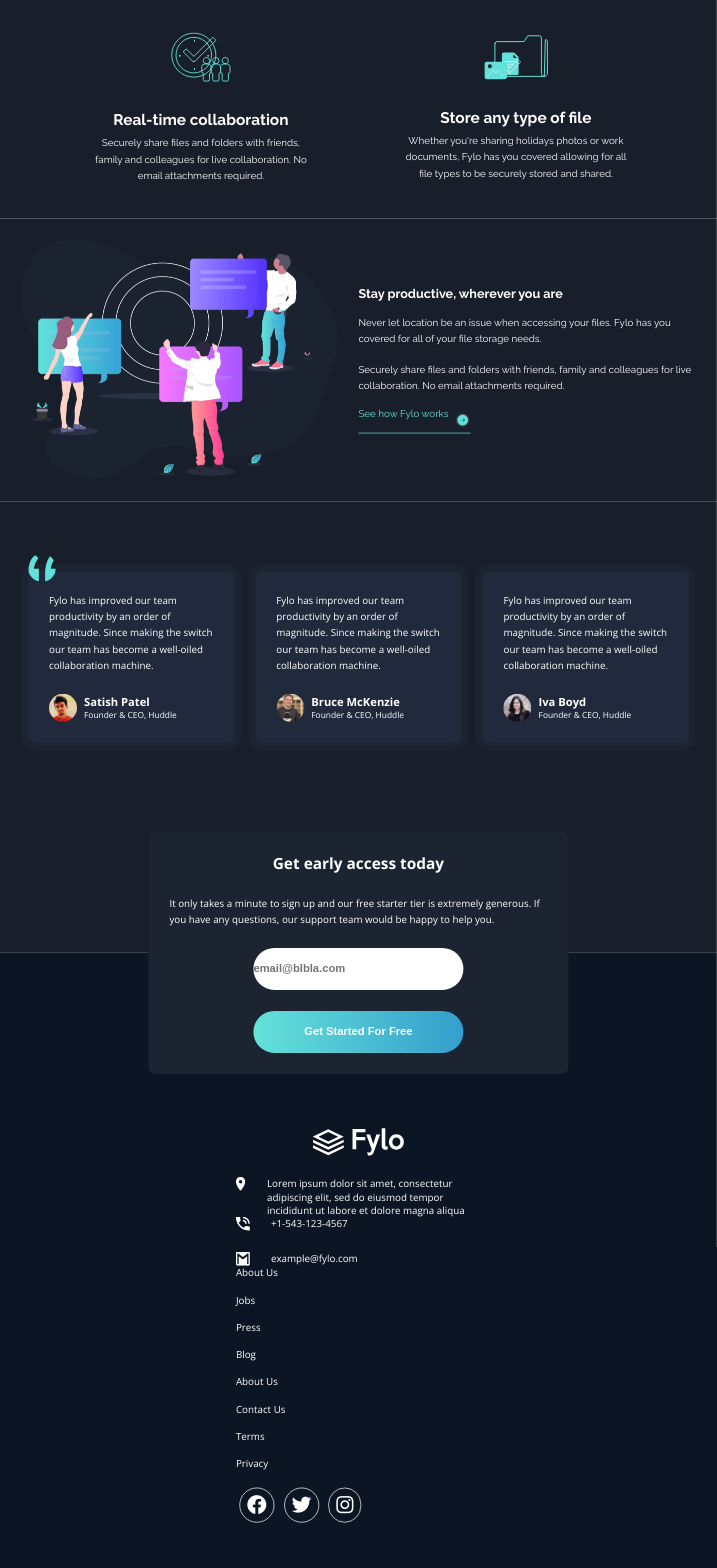
Repository: tomas938/fylo-dark-theme-landing-page-master
Page: index.html
These files come from the project's save history. The page is drawn as it stood at one moment and after the next save; the edit follows.
The browser window is 1024 px wide. The pictures show the part of the page from y = 1123 to 3363 px (the page is 3363 px tall before and 3020 px after), at 70% of full size.
Some web libraries are served in a nearby version. The style sheet was rebuilt from its Sass, Less or Tailwind sources for each picture, by a compiler version that may differ from the author's.

Above is the page before, as saved 2021-08-05 19:53:28.

### index.html
<!DOCTYPE html>
<html lang="en">
	<head>
		<meta charset="UTF-8" />
		<meta name="viewport" content="width=device-width, initial-scale=1.0" />
		<link
			rel="icon"
			type="image/png"
			sizes="32x32"
			href="./images/favicon-32x32.png"
		/>
		<title>
			Frontend Mentor | Fylo landing page with dark theme and features grid
		</title>
		<link rel="stylesheet" href="https://pro.fontawesome.com/releases/v5.10.0/css/all.css" integrity="sha384-AYmEC3Yw5cVb3ZcuHtOA93w35dYTsvhLPVnYs9eStHfGJvOvKxVfELGroGkvsg+p" crossorigin="anonymous"/>
		<link rel="stylesheet" href="/scss/main.css" />
	</head>
	<body>
		<section class="intro">
			<nav class="intro__navigation">
				<img src="/images/logo.svg" alt="" />
				<ul class="intro__navigation__links">
					<li><a href="#">Features</a></li>
					<li><a href="#">Team</a></li>
					<li><a href="#">Sign In</a></li>
				</ul>
			</nav>
			<div class="intro__description">
				<img class="bg-image" src="/images/illustration-intro.png" alt="" />
				<h1>All your files in one secure location, accessible anywhere.</h1>
				<p>
					Fylo stores all your most important files in one secure location.
					Access them wherever you need, share and collaborate with friends
					family, and co-workers.
				</p>
				<button class="blue-rounded">Get Started</button>
			</div>
		</section>
		<section class="about">
			<div class="about__item">
				<img src="/images/icon-access-anywhere.svg" class="icon"></img>
				<h3>Access your files, anywhere</h3>
				<p>
					The ability to use a smartphone, tablet, or computer to access your
					account means your files follow you everywhere.
				</p>
			</div>
			<div class="about__item">
				<img src="/images/icon-security.svg" class="icon"></img>
				<h3>Security you can trust</h3>
				<p>
					2-factor authentication and user-controlled encryption are just a
					couple of the security features we allow to help secure your files.
				</p>
			</div>
			<div class="about__item">
				<img src="/images/icon-collaboration.svg" class="icon"></img>
				<h3>Real-time collaboration</h3>
				<p>
					Securely share files and folders with friends, family and colleagues
					for live collaboration. No email attachments required.
				</p>
			</div>
			<div class="about__item">
				<img src="/images/icon-any-file.svg" class="icon"></img>
				<h3>Store any type of file</h3>
				<p>
					Whether you're sharing holidays photos or work documents, Fylo has you
					covered allowing for all file types to be securely stored and shared.
				</p>
			</div>
		</section>
    <section class="informations">
      <div class="informations__image">
        <img src="/images/illustration-stay-productive.png" alt="">
      </div>
      <div class="informations__content">
        <h4>Stay productive, wherever you are</h4>
        <p> Never let location be an issue when
		accessing your files. Fylo has you covered for all of your file storage
		needs.</p>
        <p> Securely share files and folders with friends, family and colleagues
		for live collaboration. No email attachments required.</p>
        <div class="link">
          <a href="#"> See how Fylo works</a>
          <img src="/images/icon-arrow.svg" alt="">
        </div>
      </div>
    </section>
    <section class="testimonials">
      <div class="testimonials__item">
        <img class="quotes" src="/images/bg-quotes.png" alt="">
        <p>	Fylo has improved our team productivity by an order of magnitude. Since
		making the switch our team has become a well-oiled collaboration machine.</p>
      <div class="person">
        <img src="/images/profile-1.jpg" alt="">
        <div class="person__information">
          <h4>	Satish Patel </h4>
          <h5> Founder & CEO, Huddle</h5>
        </div>
      </div>
      </div>
      <div class="testimonials__item">
        <p>	Fylo has improved our team productivity
		by an order of magnitude. Since making the switch our team has become a
		well-oiled collaboration machine.</p>
      <div class="person">
        <img src="/images/profile-2.jpg" alt="">
        <div class="person__information">
          <h4>Bruce McKenzie </h4>
          <h5> Founder & CEO, Huddle</h5>
        </div>
      </div>
      </div>
      <div class="testimonials__item">
        <p>	Fylo has improved our team productivity
		by an order of magnitude. Since making the switch our team has become a
		well-oiled collaboration machine.</p>
      <div class="person">
        <img src="/images/profile-3.jpg" alt="">
        <div class="person__information">
          <h4>	Iva Boyd </h4>
          <h5> Founder & CEO, Huddle</h5>
        </div>
      </div>
      </div>
    </section >
	<section class="contact">
		<div class="contact__item">
			<h3>Get early access today</h3>
			<p>	 It only takes a minute to sign
		  up and our free starter tier is extremely generous. If you have any
		  questions, our support team would be happy to help you.</p>
		  <input type="text" placeholder="email@blbla.com">
		  <button class="blue-rounded ">Get Started For Free</button>
		</div>
	</section>
	<!-- <footer class="footer">
		<div class="footer__wrapper">
			<div class="desk">
				<img class="logo" src="/images/logo.svg" alt="">
				<div  class="footer__wrapper__information">
					<div class="left">

						<div class="footer__wrapper__information__item">
							<img  src="/images/icon-location.svg" alt="">
							<p>Lorem ipsum dolor sit amet, consectetur adipiscing elit, sed do eiusmod
					tempor incididunt ut labore et dolore magna aliqua</p>
						</div>
					</div>
					<div class="right">

						<div class="footer__wrapper__information__item">
							<img src="/images/icon-phone.svg" alt="">
							<p> +1-543-123-4567</p>
						</div>
						<div class="footer__wrapper__information__item">
							<img  src="/images/icon-email.svg" alt="">
							<p>example@fylo.com</p>
						</div>
					</div>
					<div class="left-link">

						<div class="links-up">
							<a href="#">About Us</a>
							<a href="#">Jobs</a>
							<a href="#">Press</a>
							<a href="#"> Blog</a>
						</div>
					</div>
					<div class="right-link">

						<div class="links-down">
							<a href="#"> Contact Us</a>
							<a href="#">Terms</a>
							<a href="#"> Privacy</a>
						</div>
					</div>
					<div class="icons">
						<a href="#" ><i class="fab fa-facebook fa-2x"></i></a>
						<a href="#"><i class="fab fa-twitter fa-2x"></i></a>
						<a href="#">  <i class="fab fa-instagram fa-2x"></i>
						</a>
					</div>
				</div>
			</div>
		</div>
	</footer> -->
	<section>

	<footer class="wrapper">
		<img class="logo" src="/images/logo.svg" alt="">
		<div class="footer__content">
			<div class="location">
				<img  src="/images/icon-location.svg" alt="">
							<p>Lorem ipsum dolor sit amet, consectetur adipiscing elit, sed do eiusmod
					tempor incididunt ut labore et dolore magna aliqua</p>
			</div>
			<div class="phone-email">
				<div class="phone"><img src="/images/icon-phone.svg" alt="">
							<p> +1-543-123-4567</p></div>
				<div class="email"><img  src="/images/icon-email.svg" alt="">
							<p>example@fylo.com</p></div>
			</div>
			<div class="right-links">
					<a href="#">About Us</a>
							<a href="#">Jobs</a>
							<a href="#">Press</a>
							<a href="#"> Blog</a>
			</div>
			<div class="left-links">
					<a href="#">About Us</a>
					<a href="#"> Contact Us</a>
					<a href="#">Terms</a>
					<a href="#"> Privacy</a>
			</div>
			<div class="icons">
						<a href="#" ><i class="fab fa-facebook fa-2x"></i></a>
						<a href="#"><i class="fab fa-twitter fa-2x"></i></a>
						<a href="#">  <i class="fab fa-instagram fa-2x"></i>
						</a>
			</div>
		</div>
	</footer>

	</section>

	</body>
</html>

### scss/main.scss
@import "./_partials/variables";
@import "./_partials/_reset";
@import "./_partials/_intro";
@import "./_partials/_about";
@import "./_partials/_informations";
@import "./_partials/_testimonials";
@import "./_partials/_contact";
@import "./_partials/_footer";

### scss/_partials/_variables.scss
// COLORS //

// ### Primary //

$intro-bg: hsl(217, 28%, 15%); // intro email sign up
$main-bg: hsl(218, 28%, 13%);
$footer-bg: hsl(216, 53%, 9%);
$testimonials-bg: hsl(219, 30%, 18%);

// ### Accent //

$cayn: hsl(176, 68%, 64%); //(inside call-to-action gradient)//
$blue: hsl(198, 60%, 50%); //(inside call-to-action gradient)//
$error: hsl(0, 100%, 63%);

// ### Neutral //

$white: hsl(0, 0%, 100%);

// FONTS //

// ### Headings, Call-to-actions, Header Navigation //

@import url("https://fonts.googleapis.com/css2?family=Raleway:wght@400;700&display=swap");

$heading-font: "Raleway", sans-serif;
$heading-light: 400;
$heading-bold: 700;

// ### Body //

@import url("https://fonts.googleapis.com/css2?family=Open+Sans:wght@400;700&family=Raleway:wght@400;700&display=swap");

$body-font: "Open Sans", sans-serif;
$body-light: 400;
$body-bold: 700;

// Button
.blue-rounded {
	max-width: 30rem;
	font-size: 1.6rem;
	font-weight: $heading-bold;
	border: none;
	outline: none;
	color: $white;
	background-image: linear-gradient(to right, $cayn, $blue);
	border-radius: 3rem;
	height: 6rem;
	width: 100%;
}

### scss/_partials/_reset.scss
* {
	margin: 0;
	padding: 0;
	box-sizing: border-box;
}
body {
	color: $white;
	font-family: $body-font;
}
html {
	font-size: 62.5%;
	@media only screen and (min-width: 1600px) {
		font-size: 93.5%;
	}
	// @media only screen and (min-width: 1400px) {
	// 	font-size: 83.5%;
	// }
	@media only screen and (max-width: 800px) {
		font-size: 83.5%;
	}
	@media only screen and (max-width: 600px) {
		font-size: 63.5%;
	}
	@media only screen and (max-width: 340px) {
		font-size: 53.5%;
	}
}
a {
	text-decoration: none;
}
li {
	list-style: none;
}

### scss/_partials/_intro.scss
.intro {
	background-color: $intro-bg;
	font-family: $heading-font;
	background-image: url(/images/bg-curvy-mobile.svg);
	background-repeat: no-repeat;
	background-position: bottom;
	background-size: 150% 50%;

	&__navigation {
		padding: 3rem 2rem;
		display: flex;
		justify-content: space-between;
		@media only screen and (min-width: 800px) {
			padding: 3rem 8rem;
		}
	}
	img {
		width: 10rem;
		height: 2.95rem;
	}

	&__navigation__links {
		display: flex;
		align-items: center;
	}
	li:not(:last-child) {
		margin-right: 2.2rem;
	}
	a {
		color: $white;
		font-weight: $heading-light;
		font-size: 1.4rem;
	}
	&__description {
		max-width: 60rem;
		padding: 3rem;
		margin: auto;
		display: flex;
		flex-direction: column;
		align-items: center;
		grid-gap: 2rem;
	}
	.bg-image {
		width: 100%;
		height: 100%;
	}
	h1 {
		font-size: 2.5rem;
		text-align: center;
		line-height: 3.5rem;
	}
	p {
		font-size: 1.4rem;
		line-height: 2.3rem;
		text-align: center;
	}
}

### scss/_partials/_about.scss
.about {
	display: grid;
	grid-template-columns: 1fr;
	@media only screen and (min-width: 800px) {
		grid-template-columns: 35rem 35rem;
		grid-gap: 10rem;
		justify-content: center;
	}
	justify-items: center;
	grid-gap: 5rem;
	background-color: $main-bg;
	font-family: $heading-font;
	padding: 5rem 0;
	&__item {
		max-width: 35rem;

		display: flex;
		flex-direction: column;
		align-items: center;
		justify-content: center;
		padding: 0 1.5rem;
		grid-gap: 1rem;
	}
	.icon {
		margin-bottom: 3rem;
	}
	h3 {
		font-size: 2.2rem;
	}
	p {
		font-size: 1.4rem;
		line-height: 2.3rem;
	}
	h3,
	p {
		text-align: center;
	}
}

### scss/_partials/_informations.scss
.informations {
	display: flex;
	flex-direction: column;
	@media only screen and (min-width: 800px) {
		flex-direction: row;
		justify-content: space-around;
	}
	justify-content: center;
	align-items: center;
	grid-gap: 3rem;
	font-family: $heading-font;
	background-color: $main-bg;
	padding: 3rem;
	&__image {
		img {
			width: 100%;
		}
	}
	&__content {
		max-width: 60rem;
		@media only screen and (min-width: 800px) {
			max-width: 50%;
		}
		display: flex;
		flex-direction: column;
		grid-gap: 2rem;
	}
	h3 {
		text-align: center;
	}

	h4 {
		font-size: 1.8rem;
	}
	p {
		font-size: 1.4rem;
		line-height: 2.3rem;
		text-align: left;
	}
	.link {
		display: flex;
		align-items: center;
		justify-content: flex-start;
		border-bottom: 1px solid $cayn;
		width: 16rem;
		a {
			font-size: 1.4rem;
			color: $cayn;
		}
		img {
			margin-left: 1rem;
			height: 2rem;
		}
	}
}

### scss/_partials/_testimonials.scss
.testimonials {
	background-color: $main-bg;
	display: flex;
	flex-direction: column;
	@media only screen and (min-width: 800px) {
		flex-direction: row;
		grid-gap: 3rem;
	}
	align-items: center;
	grid-gap: 5rem;
	padding: 10rem 4rem 30rem 4rem;
	position: relative;
	&__item {
		max-width: 60rem;
		background-color: $testimonials-bg;
		border-radius: 1rem;
		box-shadow: 0px 0px 0px 10px $intro-bg;
		padding: 3rem;
		display: flex;
		flex-direction: column;
		grid-gap: 3rem;
		position: relative;
		.quotes {
			position: absolute;
			top: -2.5rem;
			left: 0;
		}
	}
	.person {
		display: flex;
		align-items: center;
		grid-gap: 1rem;
	}
	img {
		border-radius: 50%;
		width: 4rem;
		height: 4rem;
	}
	p {
		font-size: 1.4rem;
		line-height: 2.3rem;
	}
	h4 {
		font-size: 1.6rem;
	}
	h5 {
		font-size: 1.2rem;
		font-weight: $heading-light;
	}
}

### scss/_partials/_contact.scss
.contact {
	display: flex;
	justify-content: center;
	position: relative;
	.contact__item {
		position: absolute;
		width: 90%;
		transform: translateY(-50%);
		z-index: 1;
		background-color: $intro-bg;
		padding: 3rem;
		border-radius: 1rem;
		max-width: 60rem;
		display: flex;
		flex-direction: column;
		align-items: center;
		grid-gap: 3rem;
	}
	h3 {
		font-size: 2.2rem;
	}
	p {
		font-size: 1.4rem;
		line-height: 2.3rem;
	}
	input {
		max-width: 30rem;
		font-size: 1.6rem;
		font-weight: $heading-bold;
		border: none;
		outline: none;
		color: $white;
		border-radius: 3rem;
		height: 6rem;
		width: 100%;
	}
}

### scss/_partials/_footer.scss
// .footer {
// 	display: flex;
// 	justify-content: center;
// 	@media only screen and (min-width: 1000px) {
// 		display: block;
// 	}
// 	width: 100%;
// 	background-color: $footer-bg;
// 	color: $white;
// 	.footer__wrapper {
// 		max-width: 60rem;
// 		display: flex;
// 		flex-direction: column;
// 		@media only screen and (min-width: 1000px) {
// 			width: 100%;
// 			flex-direction: row;
// 		}
// 		grid-gap: 3rem;
// 		padding: 30rem 3rem 3rem 3rem;
// 		font-size: 1.6rem;
// 		&__information {
// 			display: flex;
// 			flex-direction: column;
// 			@media only screen and (min-width: 1000px) {
// 				flex-direction: row;
// 				justify-content: space-between;
// 			}
// 			grid-gap: 3rem;
// 		}
// 		&__information__item {
// 			display: flex;
// 			grid-gap: 3rem;
// 		}
// 		.logo {
// 			width: 16rem;
// 			height: 5rem;
// 			margin-bottom: 3rem;
// 		}
// 		.links-up,
// 		.links-down {
// 			display: flex;
// 			flex-direction: column;
// 			grid-gap: 2rem;
// 		}
// 		.links-up {
// 			padding-top: 5rem;
// 			@media only screen and (min-width: 1000px) {
// 				padding-top: 0rem;
// 			}
// 		}
// 		.links-down {
// 			padding-bottom: 5rem;
// 		}
// 		.icons {
// 			display: flex;
// 			justify-content: center;
// 		}

// 		i {
// 			border: 1px solid $white;
// 			border-radius: 50px;
// 			margin: 0.5rem;
// 			padding: 1rem;
// 		}
// 		img {
// 			width: 2rem;
// 			height: 2rem;
// 		}
// 		a {
// 			color: $white;
// 		}
// 	}
// }
// .desk {
// 	display: flex;
// 	flex-direction: column;
// 	justify-content: space-between;
// 	align-items: space-between;
// }
// .right {
// 	display: flex;
// 	grid-gap: 3rem;
// 	flex-direction: column;
// }
.wrapper {
	background-color: $footer-bg;
	width: 100%;
}
footer {
	font-size: 1.4rem;
	padding: 25rem 6rem 6rem 6rem;
	display: flex;
	flex-direction: column;
	@media only screen and (max-width: 1100px) {
		align-items: center;
		justify-content: center;
	}
	.footer__content {
		display: flex;
		justify-content: space-between;
		@media only screen and (max-width: 1100px) {
			display: block;
		}
	}
	.right-links,
	.left-links {
		display: flex;
		flex-direction: column;
	}
}
.logo {
	width: 13rem;
	height: 4rem;
	margin-bottom: 3rem;
}
.location,
.phone,
.email {
	display: flex;
	grid-gap: 3rem;
	img {
		width: 2rem;
		height: 2rem;
	}
}
.phone-email {
	display: flex;
	flex-direction: column;
	grid-gap: 3rem;
}
.location {
	width: 35rem;
}
a {
	color: $white;
	margin-bottom: 2rem;
}
i {
	border: 1px solid $white;
	border-radius: 50px;
	margin: 0.5rem;
	padding: 1rem;
}

After the next save:
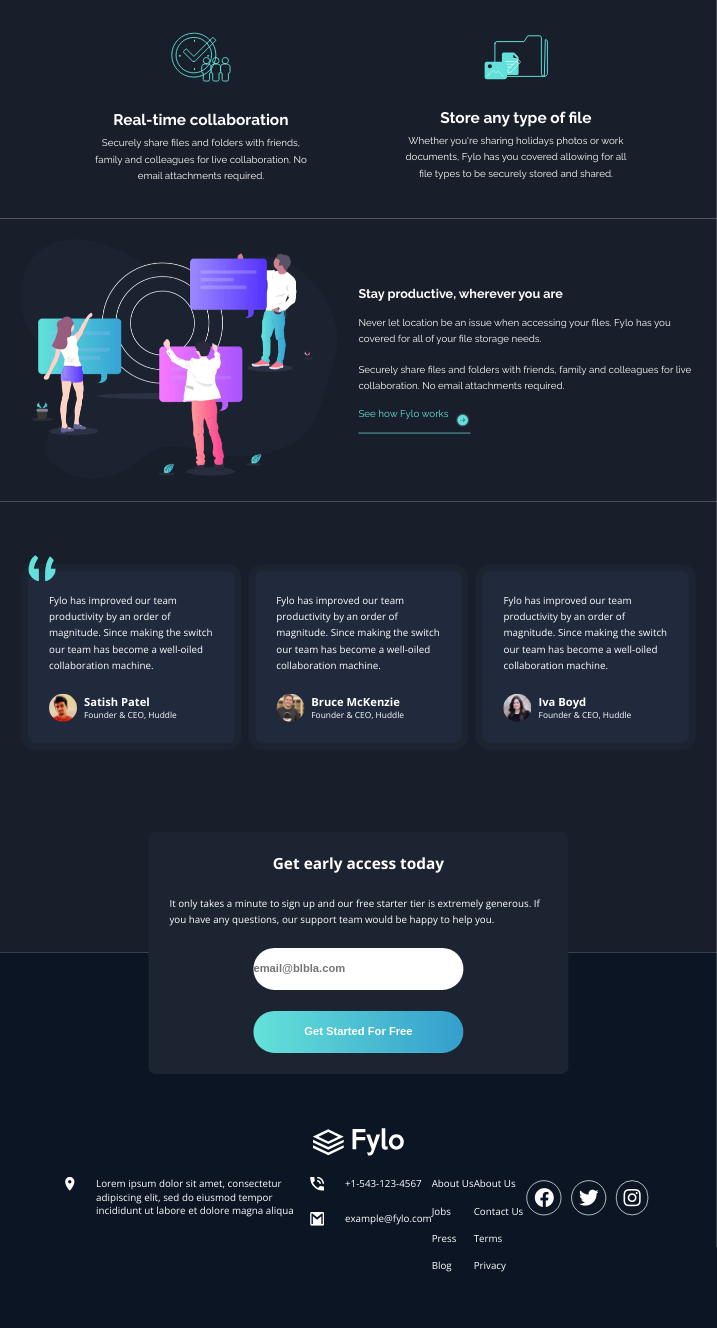
Saved 2 min 29 s later.
--- a/scss/_partials/_footer.scss
+++ b/scss/_partials/_footer.scss
@@ -98,9 +98,9 @@ footer {
 	.footer__content {
 		display: flex;
 		justify-content: space-between;
-		@media only screen and (max-width: 1100px) {
-			display: block;
-		}
+		// @media only screen and (max-width: 1100px) {
+		// 	display: block;
+		// }
 	}
 	.right-links,
 	.left-links {
